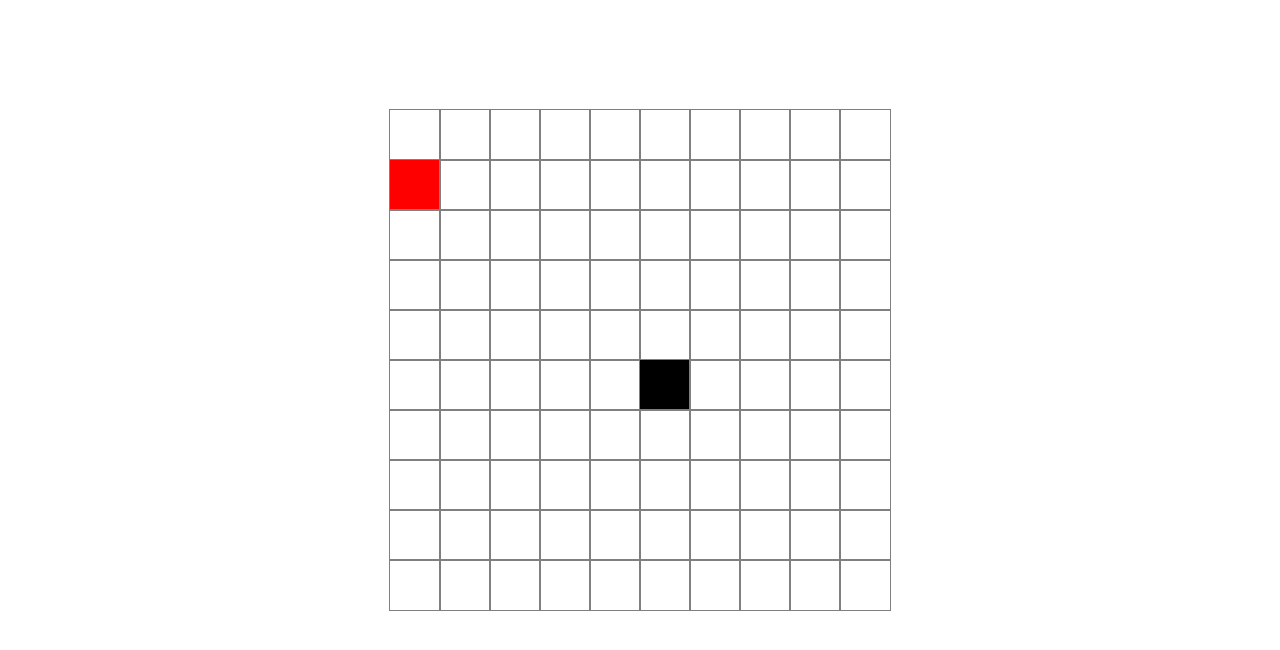
Repository: meills/react-snake
Page: /
The author's editor kept a copy of each file at every save. The page is drawn from the files as they stood at one save, then again after the next save.
The browser window is 1280 px wide. The pictures show the whole page.
The project was rebuilt for these pictures with package versions that can differ from the ones it lists, and the page was loaded fresh each time. Also part of the build but not shown: src/styles/App.css.

Above is the page before, as saved 2020-06-09 17:06:55.

### src/App.js
import React from 'react';
import Grid from './components/Grid.js';
import './styles/App.css';
import './styles/snakeboard.css';


function App() {
  return (<div className="snake-container">
            <Grid />
          </div>);
}

export default App;

### src/components/Grid.js
import React from 'react';

const GRID_SIZE = 10;
const TICK_TIME = 500;

class Grid extends React.Component {
    constructor() {
        super();

        //Initiate state
        this.state = {
          rows: GRID_SIZE,
          cols: GRID_SIZE,
          grid: [],
          food: {},
          snake: {
              head: {},
          },
          currDir: 'right',
          tickTime: TICK_TIME,
        };

        const snake = {head: {}};
        const food = this.getFood();

        snake.head = this.getGridCenter();
        this.state.snake.head = snake.head;

        //this.setState = {snake: { head: this.getGridCenter(), }};

        for (let row = 0; row < this.state.rows; row++) {
          for (let col = 0; col < this.state.cols; col++) {
            const isFood = row === food.row && col === food.col;
            const isHead = row === snake.head.row && col === snake.head.col
            this.state.grid.push({ row, col, isFood, isHead});
          }
        }

        console.log(this.state.grid);
    }

    getFood() {

        return {
            row: Math.floor(Math.random() * GRID_SIZE),
            col: Math.floor(Math.random() * GRID_SIZE),
        };
    }

    getGridCenter() {
        return ({
            row: Math.floor(GRID_SIZE/2),
            col: Math.floor(GRID_SIZE/2),
        });
    }

    gameTick() {
        let {currDir} = this.state;
        let {row, col} = this.state.snake.head;


        switch (currDir) {
            case 'left':
                col--;
                break;

            case 'right':
                col++;
                break;

            case 'up':
                row--;
                break;

            case 'down':
                row++;
                break;

            default:
                break;
        }
    }

   componentDidMount() {
        window.fnInterval = setInterval(() => {
            this.gameTick();
        }, this.state.tickTime);
    }

    render() {
        const gridItems = this.state.grid.map((grid) => {
            return <div key={grid.row.toString() + "," + grid.col.toString()}
                        className={ (grid.isFood ? "grid-item is-food" : "grid-item")
                                  + (grid.isHead ? " snake-head" : "") }>
                    </div>;
        });

    return (<div className='grid'> {gridItems} </div>);
    }
}

export default Grid;

### src/styles/snakeboard.css
.snake-container {
    width: 100vw;
    height: 100vh;
    display: flex;
    align-items: center;
    justify-content: center;
}

.grid {
    width: 500px;
    height: 500px;
    margin: auto;
    display: flex;
    flex-direction: row;
    flex-wrap: wrap;
}

.grid-item {
    outline: 1px solid grey;
    width: 50px;
    height: 50px;
}

.is-food {
    background-color: red;
}


.snake-head {
    background-color: black;
}

Loaded but not shown: public/index.html (common file); src/index.js (common file); src/styles/index.css (common file); src/serviceWorker.js (common file)

After the next save:
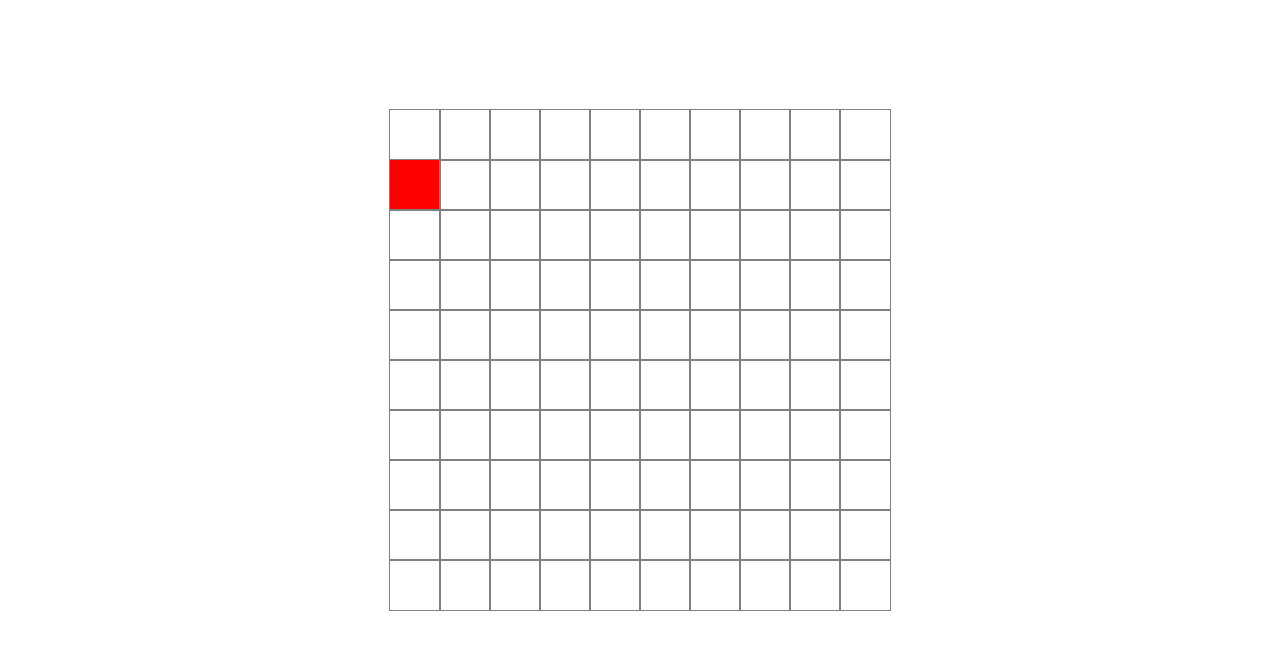
Saved 15 s later.
--- a/src/components/Grid.js
+++ b/src/components/Grid.js
@@ -23,8 +23,7 @@
         const snake = {head: {}};
         const food = this.getFood();
 
-        snake.head = this.getGridCenter();
-        this.state.snake.head = snake.head;
+        this.state.snake.head = this.getGridCenter();
 
         //this.setState = {snake: { head: this.getGridCenter(), }};
 

After the 4 saves that followed:
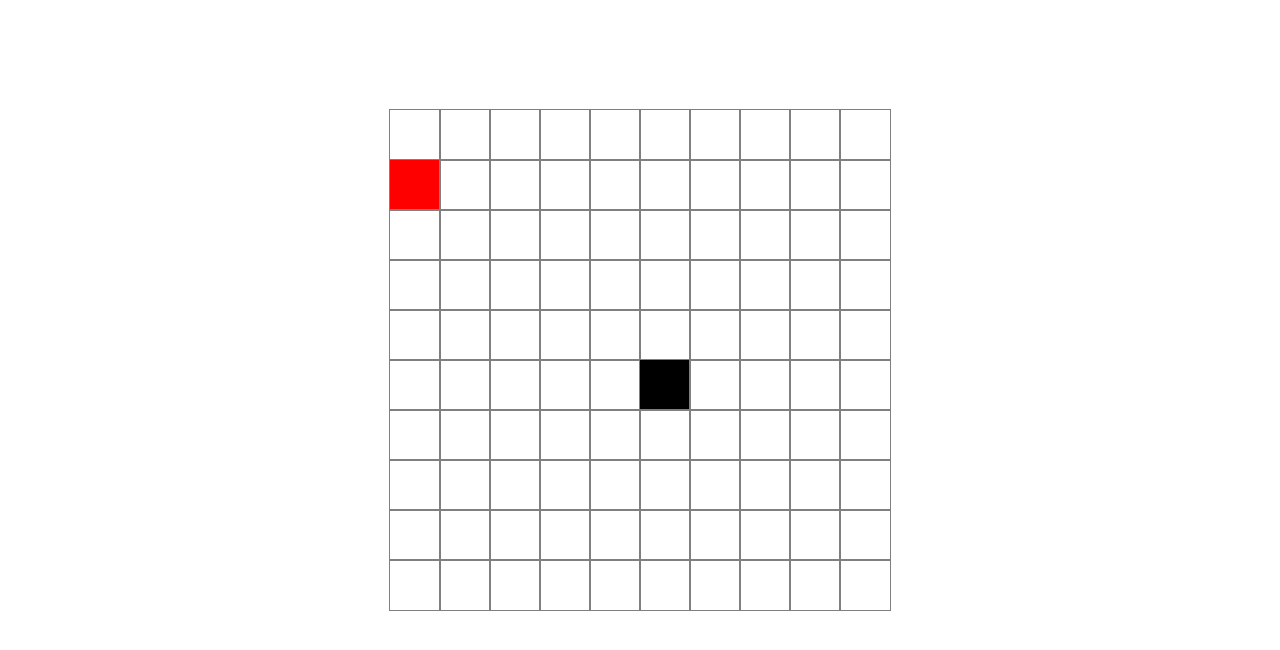
The 4 saves are shown as one change because 3 left the picture as it was.
The last was saved 76 s later.
--- a/src/components/Grid.js
+++ b/src/components/Grid.js
@@ -23,7 +23,10 @@
         const snake = {head: {}};
         const food = this.getFood();
 
-        this.state.snake.head = this.getGridCenter();
+        snake.head = this.getGridCenter();
+        this.state.snake.head = snake.head;
+
+        console.log( this.state.snake.head)
 
         //this.setState = {snake: { head: this.getGridCenter(), }};
 
